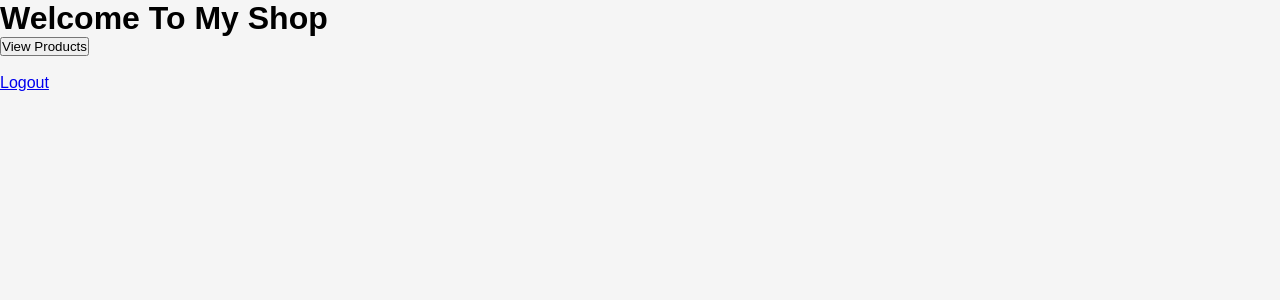
Repository: DeepikaBotla77/Ecommerce
Page: /home
An editor plug-in stored every save of this project. The page is shown before and after the next save, followed by the edit.
The browser window is 1280 px wide. The pictures show the whole page.
The project was rebuilt for these pictures with package versions that can differ from the ones it lists, and the page was loaded fresh each time. Also part of the build but not shown: vite.config.js, src/component/Login.jsx, src/component/Register.jsx, src/component/Navbar.jsx, src/Product/Products.jsx, src/Product/Productdetails.jsx.

Above is the page before, as saved 2026-07-01 16:19:31.

After the next save:
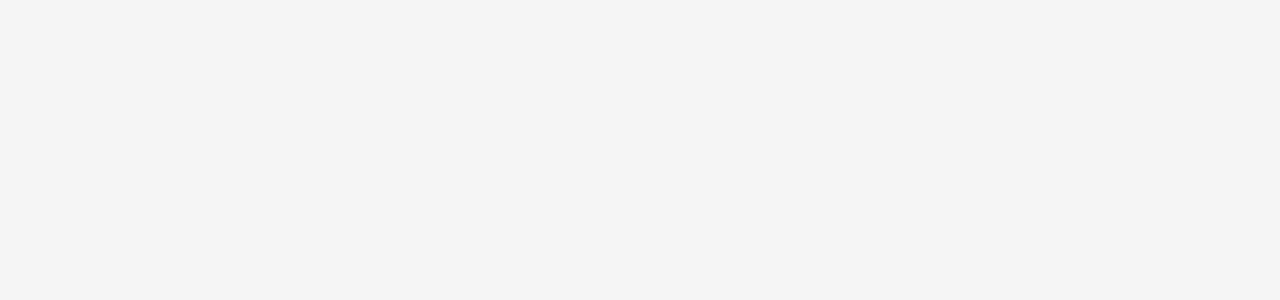
Saved 5 s later.
--- a/src/component/Home.jsx
+++ b/src/component/Home.jsx
@@ -1,7 +1,7 @@
 import { Link } from "react-router-dom";
 
 function Home() {
-  if(localStorage.getItem)
+  if(localStorage.getItem("user"))
   return (
     <div>
       <h1>Welcome To My Shop</h1>

After the 3 saves that followed:
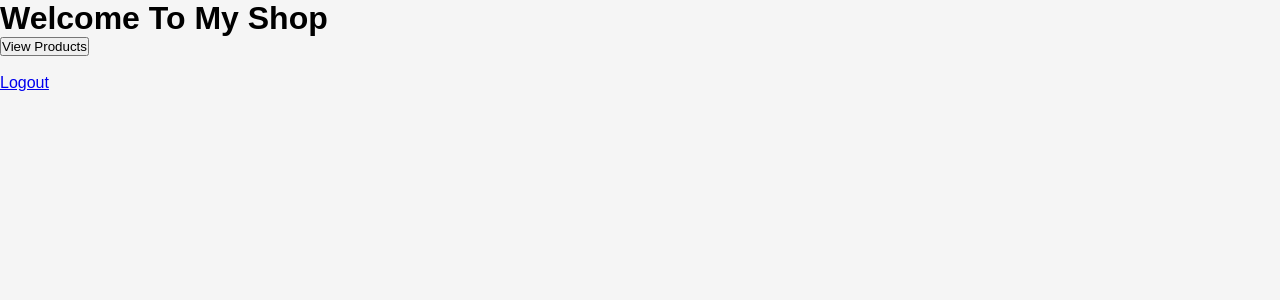
The 3 saves are shown as one change because 1 did not build or start and some came seconds apart.
The last was saved 11 s later.
--- a/src/component/Home.jsx
+++ b/src/component/Home.jsx
@@ -1,7 +1,7 @@
 import { Link } from "react-router-dom";
 
 function Home() {
-  if(localStorage.getItem("user"))
+  if(localStorage.getItem("user")==null){}
   return (
     <div>
       <h1>Welcome To My Shop</h1>
